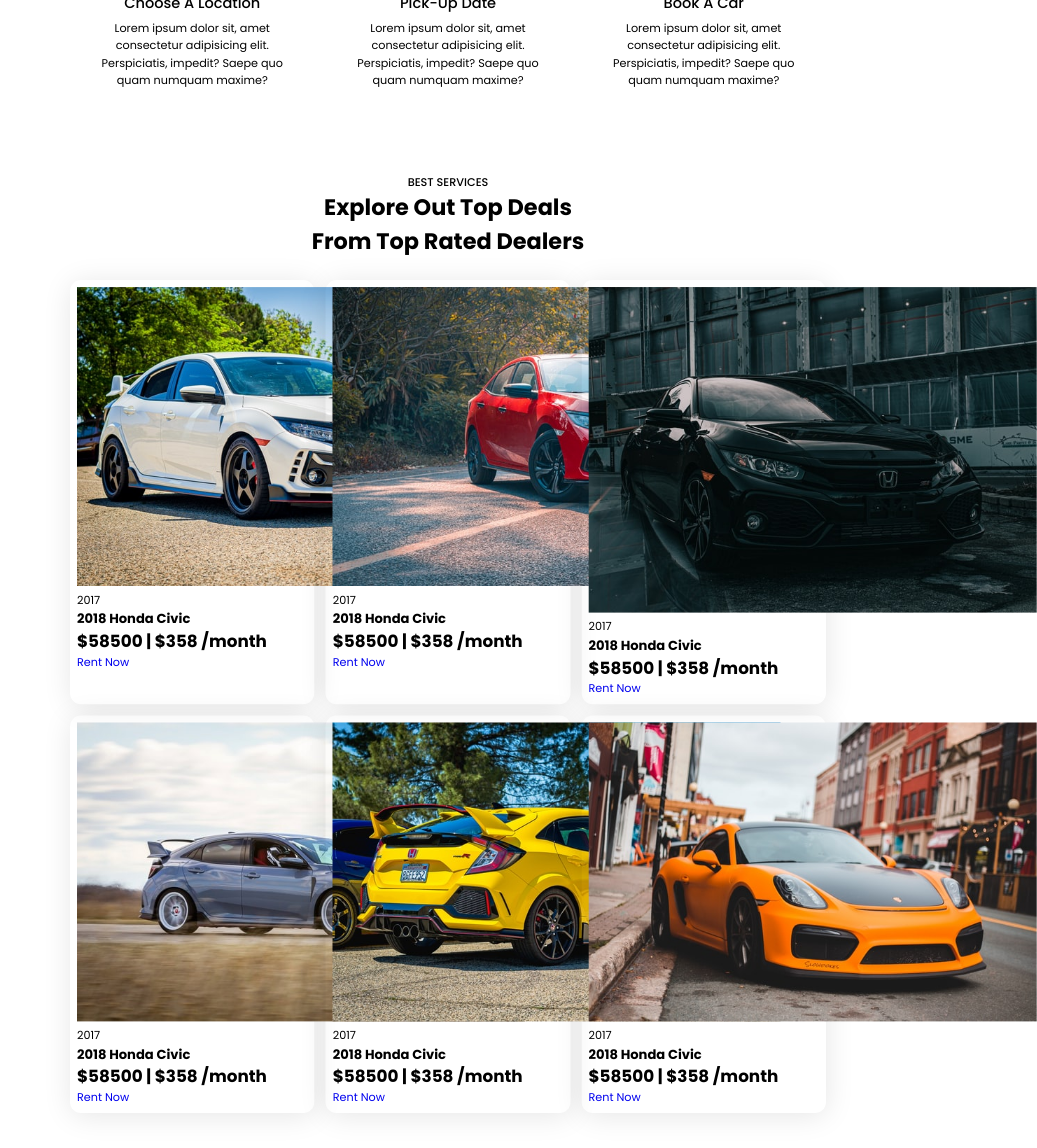
Repository: douglasabnovato/car-rental
Page: index.html
An editor plug-in stored every save of this project. The page is shown before and after the next save, followed by the edit.
The browser window is 1280 px wide. The page is 1481 px wide, so the pictures cover 1481 px, including what lies to the right of the window. The pictures show the part of the page from y = 983 to 2623 px (the page is 2623 px tall before and 2177 px after), at 70% of full size.

Above is the page before, as saved 2025-05-16 15:10:22.

### index.html
<!DOCTYPE html>
<html lang="en">
  <head>
    <meta charset="UTF-8" />
    <meta name="viewport" content="width=device-width, initial-scale=1.0" />
    <title>Car Rental</title>
    <link
      rel="stylesheet"
      href="https://cdn.jsdelivr.net/npm/boxicons@latest/css/boxicons.min.css"
    />
    <link rel="stylesheet" href="./style.css" />
  </head>
  <body>
    <!-- Header -->
    <header>
      <a href="#" class="logo"
        ><img src="./assets/jeep.png" alt="logo da car rental" srcset=""
      /></a>
      <div class="bx bx-menu" id="menu-icon"></div>
      <ul class="navbar">
        <li><a href="#home">Home</a></li>
        <li><a href="#ride">Ride</a></li>
        <li><a href="#services">Services</a></li>
        <li><a href="#about">About</a></li>
        <li><a href="#reviews">Reviews</a></li>
      </ul>
      <div class="header-btn">
        <a href="#" class="sign-up">Sign Up</a>
        <a href="#" class="sign-in">Sign In</a>
      </div>
    </header>

    <!-- Home -->
    <section class="home" id="home">
      <div class="text">
        <h1>
          <span>Looking</span> to <br />
          rent a car
        </h1>
        <p>
          Lorem ipsum dolor sit amet consectetur adi <br />
          pisicing elit. Explicabo esse non fugiat!
        </p>
        <div class="app-stores">
          <img src="./assets/ios.png" alt="" />
          <img src="./assets/play.png" alt="" />
        </div>
      </div>
      <div class="form-container">
        <form action="">
          <div class="input-box">
            <span>Location</span>
            <input type="search" name="" id="" placeholder="Search Places" />
          </div>
          <div class="input-box">
            <span>Pick-Up Date</span>
            <input type="date" name="" id="" />
          </div>
          <div class="input-box">
            <span>Return Date</span>
            <input type="date" name="" id="" />
          </div>
          <input type="submit" name="" id="" class="btn" />
        </form>
      </div>
    </section>

    <!-- Ride -->
    <section class="ride" id="ride">
      <div class="heading">
        <span>How Its Work</span>
        <h1>Rent With 3 Easy Steps</h1>
      </div>
      <div class="ride-container">
        <div class="box">
          <i class="bx bxs-map"></i>
          <h2>Choose A Location</h2>
          <p>
            Lorem ipsum dolor sit, amet consectetur adipisicing elit.
            Perspiciatis, impedit? Saepe quo quam numquam maxime?
          </p>
        </div>
        <div class="box">
          <i class="bx bxs-calendar-check"></i>
          <h2>Pick-Up Date</h2>
          <p>
            Lorem ipsum dolor sit, amet consectetur adipisicing elit.
            Perspiciatis, impedit? Saepe quo quam numquam maxime?
          </p>
        </div>
        <div class="box">
          <i class="bx bxs-calendar-star"></i>
          <h2>Book A Car</h2>
          <p>
            Lorem ipsum dolor sit, amet consectetur adipisicing elit.
            Perspiciatis, impedit? Saepe quo quam numquam maxime?
          </p>
        </div>
      </div>
    </section>

    <!-- Services -->
    <section class="services" id="services">
      <div class="heading">
        <span>Best Services</span>
        <h1>
          Explore Out Top Deals <br />
          From Top Rated Dealers
        </h1>
      </div>
      <div class="services-container">
        <div class="box">
          <div class="box-img">
            <img src="./assets/car1.jpg" alt="car1" />
          </div>
          <p>2017</p>
          <h3>2018 Honda Civic</h3>
          <h2>$58500 | $358 <span> /month</span></h2>
          <a href="#" class="btn">Rent Now</a>
        </div>

        <div class="box">
          <div class="box-img">
            <img src="./assets/car2.jpg" alt="car1" />
          </div>
          <p>2017</p>
          <h3>2018 Honda Civic</h3>
          <h2>$58500 | $358 <span> /month</span></h2>
          <a href="#" class="btn">Rent Now</a>
        </div>

        <div class="box">
          <div class="box-img">
            <img src="./assets/car3.jpg" alt="car1" />
          </div>
          <p>2017</p>
          <h3>2018 Honda Civic</h3>
          <h2>$58500 | $358 <span> /month</span></h2>
          <a href="#" class="btn">Rent Now</a>
        </div>

        <div class="box">
          <div class="box-img">
            <img src="./assets/car4.jpg" alt="car1" />
          </div>
          <p>2017</p>
          <h3>2018 Honda Civic</h3>
          <h2>$58500 | $358 <span> /month</span></h2>
          <a href="#" class="btn">Rent Now</a>
        </div>

        <div class="box">
          <div class="box-img">
            <img src="./assets/car5.jpg" alt="car1" />
          </div>
          <p>2017</p>
          <h3>2018 Honda Civic</h3>
          <h2>$58500 | $358 <span> /month</span></h2>
          <a href="#" class="btn">Rent Now</a>
        </div>

        <div class="box">
          <div class="box-img">
            <img src="./assets/car6.jpg" alt="car1" />
          </div>
          <p>2017</p>
          <h3>2018 Honda Civic</h3>
          <h2>$58500 | $358 <span> /month</span></h2>
          <a href="#" class="btn">Rent Now</a>
        </div>
      </div>
    </section>

    <!-- Link to JS -->
    <script src="./script.js"></script>
  </body>
</html>

### style.css
@import url("https://fonts.googleapis.com/css2?family=Noto+Sans:ital,wght@0,100..900;1,100..900&family=Poppins:ital,wght@0,100;0,200;0,300;0,400;0,500;0,600;0,700;0,800;0,900;1,100;1,200;1,300;1,400;1,500;1,600;1,700;1,800;1,900&display=swap");

* {
  margin: 0;
  padding: 0;
  box-sizing: border-box;
  scroll-padding-top: 2rem;
  scroll-behavior: smooth;
  list-style: none;
  text-decoration: none;
  font-family: "Poppins", sans-serif;
}

:root {
  --main-color: #fe5b3d;
  --second-color: #ffac38;
  --text-color: #444;
  --gradient: linear-gradient(#fe5b3d, #ffac38);
}

html::-webkit-scrollbar {
  width: 0.5rem;
}

html::-webkit-scrollbar-track {
  background: transparent;
}

html::-webkit-scrollbar-thumb {
  background: var(--main-color);
  border-radius: 5rem;
}

section {
  padding: 50px 100px;
}

/* Header */

header {
  position: fixed;
  width: 100%;
  top: 0;
  right: 0;
  z-index: 1000;
  display: flex;
  align-items: center;
  justify-content: space-between;
  background: #eeeff1;
  padding: 15px 100px;
}

.logo img {
  width: 40px;
}

.navbar {
  display: flex;
}

.navbar li {
  position: relative;
}

.navbar a {
  font-size: 1rem;
  padding: 10px 20px;
  color: var(--text-color);
  font-weight: 500;
}

.navbar a:after {
  content: "";
  width: 0;
  height: 3px;
  background: var(--gradient);
  position: absolute;
  bottom: -4px;
  left: 0;
  transition: 0.5s;
}

.navbar a:hover::after {
  width: 100%;
}

#menu-icon {
  font-size: 24px;
  cursor: pointer;
  z-index: 10001;
  display: none;
}

.header-btn a {
  padding: 10px 20px;
  color: var(--text-color);
  font-weight: 500;
}

.header-btn .sign-in {
  background: #474fa0;
  color: #fff;
  border-radius: 0.5rem;
}

.header-btn .sign-in:hover {
  background: var(--main-color);
}

/* Home */
.home {
  width: 100%;
  min-height: 100vh;
  position: relative;
  background: url(./assets/Car\ Website\ –\ 1@2x.png);
  background-repeat: no-repeat;
  background-position: center right;
  background-size: cover;
  display: grid;
  align-items: center;
  grid-template-columns: repeat(2, 1fr);
}

.text h1 {
  font-size: 3.5rem;
  letter-spacing: 2px;
}

.text span {
  color: var(--main-color);
}

.text p {
  margin: 0.5rem 0 1rem;
}

.app-stores {
  display: flex;
}

.app-stores img {
  width: 100px;
  margin-right: 1rem;
  cursor: pointer;
}

.form-container form {
  display: flex;
  flex-wrap: wrap;
  align-items: center;
  gap: 1rem;
  position: absolute;
  bottom: 4rem;
  left: 100px;
  background: #fff;
  padding: 20px;
  border-radius: 0.5rem;
}

.input-box {
  flex: 1 1 7rem;
  display: flex;
  flex-direction: column;
}

.input-box span {
  font-weight: 500;
}

.input-box input {
  padding: 7px;
  outline: none;
  border: none;
  background: #eeeff1;
  border-radius: 0.5rem;
  font-size: 1rem;
}

.form-container form .btn {
  flex: 1 1 7rem;
  padding: 10px 34px;
  border: none;
  border-radius: 0.5rem;
  background: #474fa0;
  color: #fff;
  font-size: 1rem;
  font-weight: 500;
}

.form-container form .btn:hover {
  background: var(--main-color);
  cursor: pointer;
}

/* Ride */
.heading {
  text-align: center;
}

.heading span {
  font-weight: 500;
  text-transform: uppercase;
}

.heading h1 {
  font-size: 2rem;
}

.ride-container {
  display: grid;
  align-items: center;
  grid-template-columns: repeat(auto-fit, minmax(250px, auto));
  gap: 1rem;
  margin-top: 2rem;
}

.ride-container .box {
  text-align: center;
  padding: 20px;
}

.ride-container .box .bx {
  font-size: 34px;
  padding: 10px;
  background: #eeeff1;
  border-radius: 0.5rem;
  color: var(--main-color);
}

.ride-container .box h2 {
  font-size: 1.3rem;
  font-weight: 500;
  margin: 1.4rem 0 0.5rem;
}

.ride-container .box .bx:hover,
.ride-container .box .bx .bxs-calendar-star {
  background: var(--gradient);
  color: #fff;
}

/* Services */
.services-container {
  display: grid;
  grid-template-columns: repeat(auto-fit, minmax(300px, auto));
  gap: 1rem;
  margin-top: 2rem;
}

.services-container .box {
  padding: 10px;
  border-radius: 1rem;
  box-shadow: 1px 4px 41px rgba(0, 0, 0, 0.1);
}

.services-container .box .box-img {

}

Loaded but not shown: script.js (no stored copy; drawn as an empty file)

After the next save:
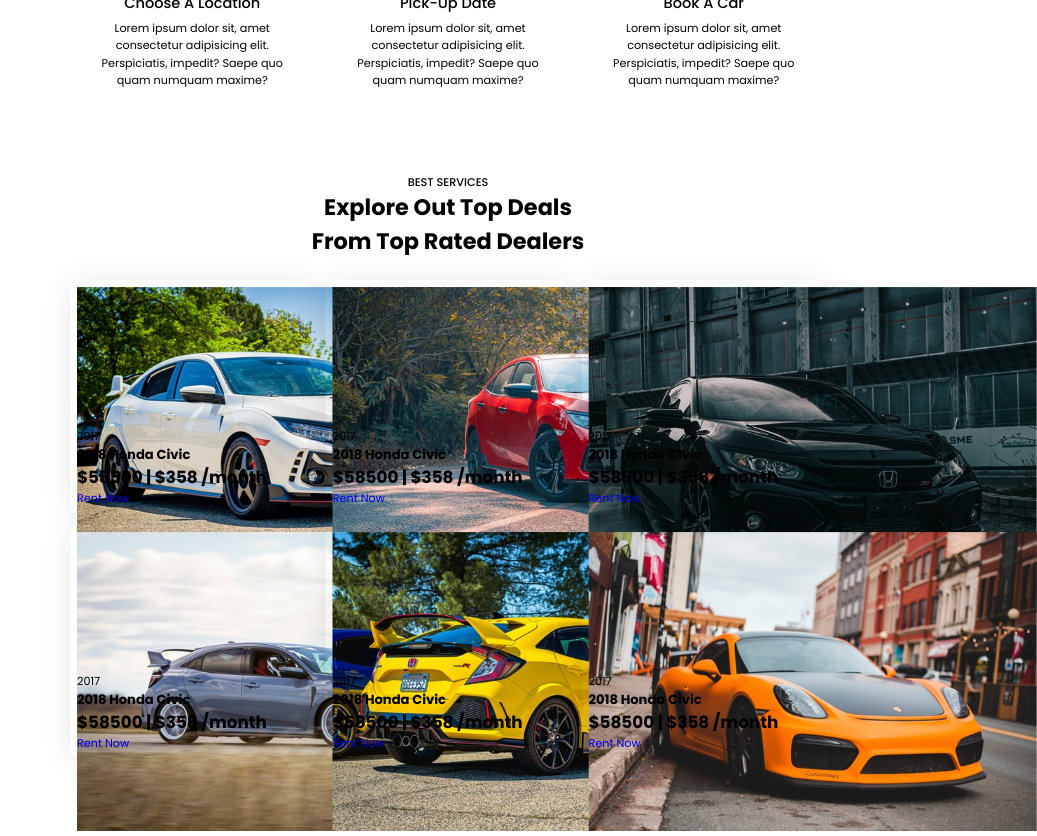
Saved 26 s later.
--- a/style.css
+++ b/style.css
@@ -254,5 +254,6 @@ header {
 }
 
 .services-container .box .box-img {
-
-}
+    width: 100%;
+    height: 200px;
+}
